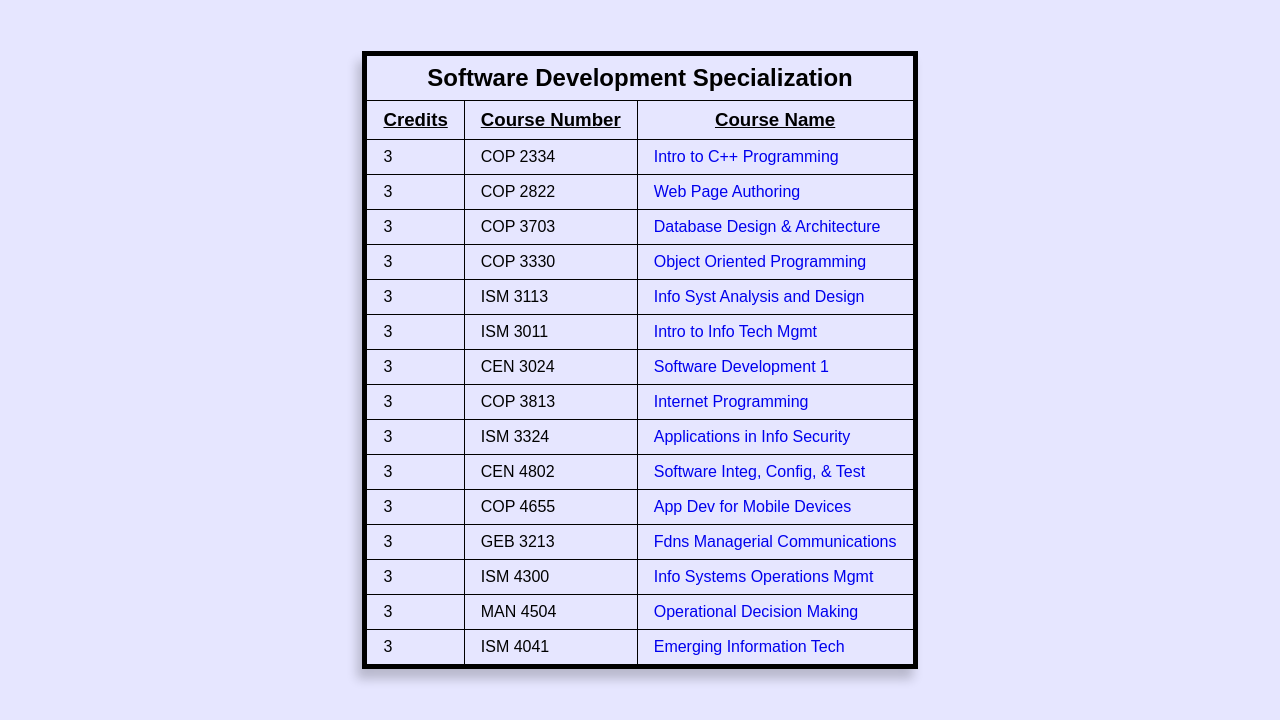
Repository: mlmEFSC21/P5-DegreeTableStyling
Page: FormattedProgramSpecialization3.html
An editor plug-in stored every save of this project. The page is shown before and after the next save, followed by the edit.
The browser window is 1280 px wide. The pictures show the whole page.
Some web fonts or font styles are not loaded; a fallback is used.

Above is the page before, as saved 2022-02-07 15:48:51.

### FormattedProgramSpecialization3.html
<!DOCTYPE html>
<html lang="en">
    <head>
        <meta charset="UTF-8" />
        <meta http-equiv="X-UA-Compatible" content="IE=edge" />
        <meta name="viewport" content="width=device-width, initial-scale=1.0" />
        <link rel="stylesheet" href="tableStyles.css" />
        <title>Degree Specialization Table</title>
    </head>
    <body>
        <table>
            <thead>
                <tr class="tableTitle">
                    <th colspan="3">Software Development Specialization</th>
                </tr>
                <tr class="colTitles">
                    <th>Credits</th>
                    <th>Course Number</th>
                    <th>Course Name</th>
                </tr>
            </thead>
            <tbody>
                <tr>
                    <td>3</td>
                    <td>COP 2334</td>
                    <td>
                        <a
                            href="https://bannerweb.easternflorida.edu/prod/bwckctlg.p_disp_course_detail?cat_term_in=202210&subj_code_in=COP&crse_numb_in=2334"
                            >Intro to C++ Programming</a
                        >
                    </td>
                </tr>
                <tr>
                    <td>3</td>
                    <td>COP 2822</td>
                    <td>
                        <a
                            href="https://bannerweb.easternflorida.edu/prod/bwckctlg.p_disp_course_detail?cat_term_in=202210&subj_code_in=COP&crse_numb_in=2822"
                            >Web Page Authoring</a
                        >
                    </td>
                </tr>
                <tr>
                    <td>3</td>
                    <td>COP 3703</td>
                    <td>
                        <a
                            href="https://bannerweb.easternflorida.edu/prod/bwckctlg.p_disp_course_detail?cat_term_in=202210&subj_code_in=COP&crse_numb_in=3703"
                            >Database Design & Architecture</a
                        >
                    </td>
                </tr>
                <tr>
                    <td>3</td>
                    <td>COP 3330</td>
                    <td>
                        <a
                            href="https://bannerweb.easternflorida.edu/prod/bwckctlg.p_disp_course_detail?cat_term_in=202210&subj_code_in=COP&crse_numb_in=3330"
                            >Object Oriented Programming</a
                        >
                    </td>
                </tr>
                <tr>
                    <td>3</td>
                    <td>ISM 3113</td>
                    <td>
                        <a
                            href="https://bannerweb.easternflorida.edu/prod/bwckctlg.p_disp_course_detail?cat_term_in=202210&subj_code_in=ISM&crse_numb_in=3113"
                            >Info Syst Analysis and Design</a
                        >
                    </td>
                </tr>
                <tr>
                    <td>3</td>
                    <td>ISM 3011</td>
                    <td>
                        <a
                            href="https://bannerweb.easternflorida.edu/prod/bwckctlg.p_disp_course_detail?cat_term_in=202210&subj_code_in=ISM&crse_numb_in=3011"
                            >Intro to Info Tech Mgmt</a
                        >
                    </td>
                </tr>
                <tr>
                    <td>3</td>
                    <td>CEN 3024</td>
                    <td>
                        <a
                            href="https://bannerweb.easternflorida.edu/prod/bwckctlg.p_disp_course_detail?cat_term_in=202210&subj_code_in=CEN&crse_numb_in=3024"
                            >Software Development 1</a
                        >
                    </td>
                </tr>
                <tr>
                    <td>3</td>
                    <td>COP 3813</td>
                    <td>
                        <a
                            href="https://bannerweb.easternflorida.edu/prod/bwckctlg.p_disp_course_detail?cat_term_in=202210&subj_code_in=COP&crse_numb_in=3813"
                            >Internet Programming</a
                        >
                    </td>
                </tr>
                <tr>
                    <td>3</td>
                    <td>ISM 3324</td>
                    <td>
                        <a
                            href="https://bannerweb.easternflorida.edu/prod/bwckctlg.p_disp_course_detail?cat_term_in=202210&subj_code_in=ISM&crse_numb_in=3324"
                            >Applications in Info Security</a
                        >
                    </td>
                </tr>
                <tr>
                    <td>3</td>
                    <td>CEN 4802</td>
                    <td>
                        <a
                            href="https://bannerweb.easternflorida.edu/prod/bwckctlg.p_disp_course_detail?cat_term_in=202210&subj_code_in=CEN&crse_numb_in=4802"
                            >Software Integ, Config, & Test</a
                        >
                    </td>
                </tr>
                <tr>
                    <td>3</td>
                    <td>COP 4655</td>
                    <td>
                        <a
                            href="https://bannerweb.easternflorida.edu/prod/bwckctlg.p_disp_course_detail?cat_term_in=202210&subj_code_in=COP&crse_numb_in=4655"
                            >App Dev for Mobile Devices</a
                        >
                    </td>
                </tr>
                <tr>
                    <td>3</td>
                    <td>GEB 3213</td>
                    <td>
                        <a
                            href="https://bannerweb.easternflorida.edu/prod/bwckctlg.p_disp_course_detail?cat_term_in=202210&subj_code_in=GEB&crse_numb_in=3213"
                            >Fdns Managerial Communications</a
                        >
                    </td>
                </tr>
                <tr>
                    <td>3</td>
                    <td>ISM 4300</td>
                    <td>
                        <a
                            href="https://bannerweb.easternflorida.edu/prod/bwckctlg.p_disp_course_detail?cat_term_in=202210&subj_code_in=ISM&crse_numb_in=4300"
                            >Info Systems Operations Mgmt</a
                        >
                    </td>
                </tr>
                <tr>
                    <td>3</td>
                    <td>MAN 4504</td>
                    <td>
                        <a
                            href="https://bannerweb.easternflorida.edu/prod/bwckctlg.p_disp_course_detail?cat_term_in=202210&subj_code_in=MAN&crse_numb_in=4504"
                            >Operational Decision Making</a
                        >
                    </td>
                </tr>
                <tr>
                    <td>3</td>
                    <td>ISM 4041</td>
                    <td>
                        <a
                            href="https://bannerweb.easternflorida.edu/prod/bwckctlg.p_disp_course_detail?cat_term_in=202210&subj_code_in=ISM&crse_numb_in=4041"
                            >Emerging Information Tech</a
                        >
                    </td>
                </tr>
            </tbody>
        </table>
    </body>
</html>

### tableStyles.css
@import url("https://fonts.googleapis.com/css2?family=Spectral:wght@400&display=swap");

:root {
    --clr-prime: #003c5e;
    --clr-second: #1a2028;
    --clr-accent: #8fb500;
    --clr-font-prime: #5b8ead;
    --clr-font-second: black;
    --clr-background: #e6e6ff;
}
*,
*::before,
*::after {
    margin: 0;
    padding: 0;
    box-sizing: border-box;
}
body {
    font-family: Spectral, sans-serif;
    height: 100vh;
    display: grid;
    align-items: center;
    justify-content: center;
    background-color: var(--clr-background);
}
table {
    border-collapse: collapse;
    box-shadow: -5px 10px 10px rgba(0, 0, 0, 0.2);
    border: 5px solid black;
    padding: 0.25rem;
}
thead {
    text-align: center;
}
.tableTitle {
    font-size: 18pt;
    font-weight: bold;
    text-align: center;
}
.colTitles {
    font-size: 14pt;
    text-decoration: underline;
}
th {
    border: 1px solid black;
    padding: 0.5rem 1rem;
}
td {
    border: 1px solid black;
    padding: 0.5rem 1rem;
    font-size: 12pt;
    text-align: left;
}
a {
    text-decoration: none;
}
a:hover {
    color: var(--clr-prime);
    text-decoration: underline;
}

After the next save:
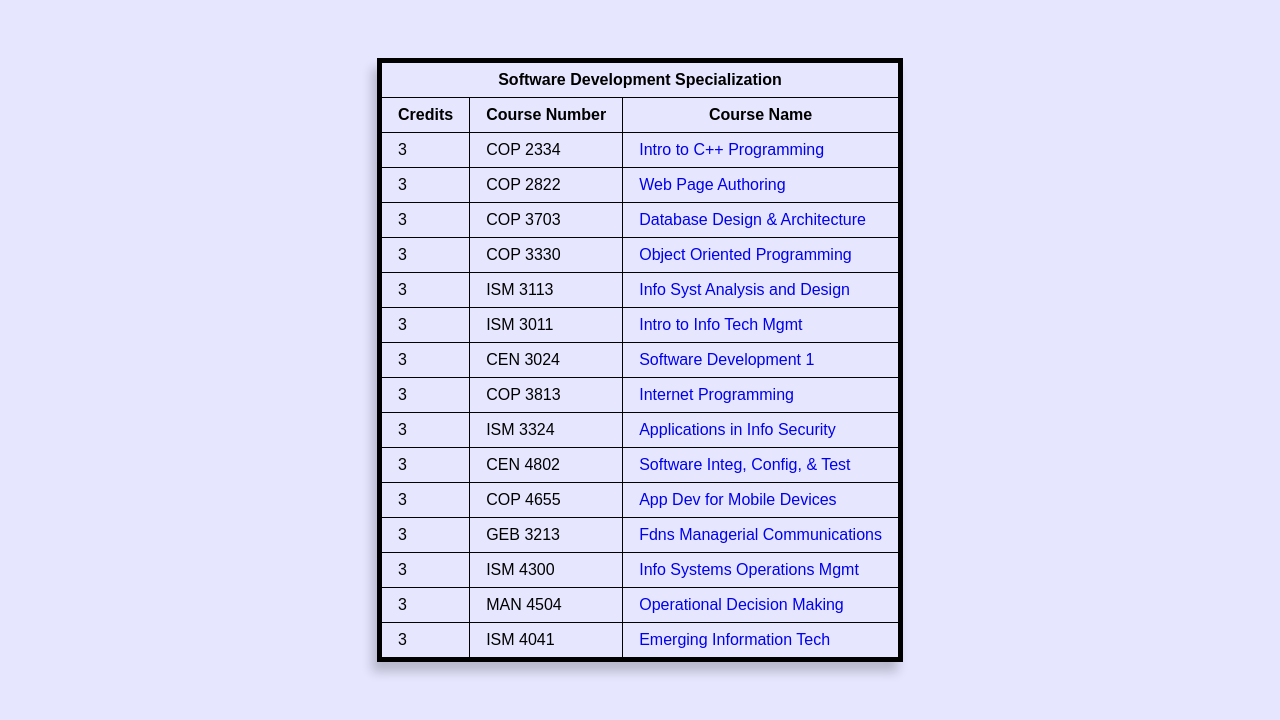
Saved 71 s later.
--- a/tableStyles.css
+++ b/tableStyles.css
@@ -32,12 +32,12 @@
 thead {
     text-align: center;
 }
-.tableTitle {
+tr .tableTitle {
     font-size: 18pt;
     font-weight: bold;
     text-align: center;
 }
-.colTitles {
+tr .colTitles {
     font-size: 14pt;
     text-decoration: underline;
 }

After the save that followed:
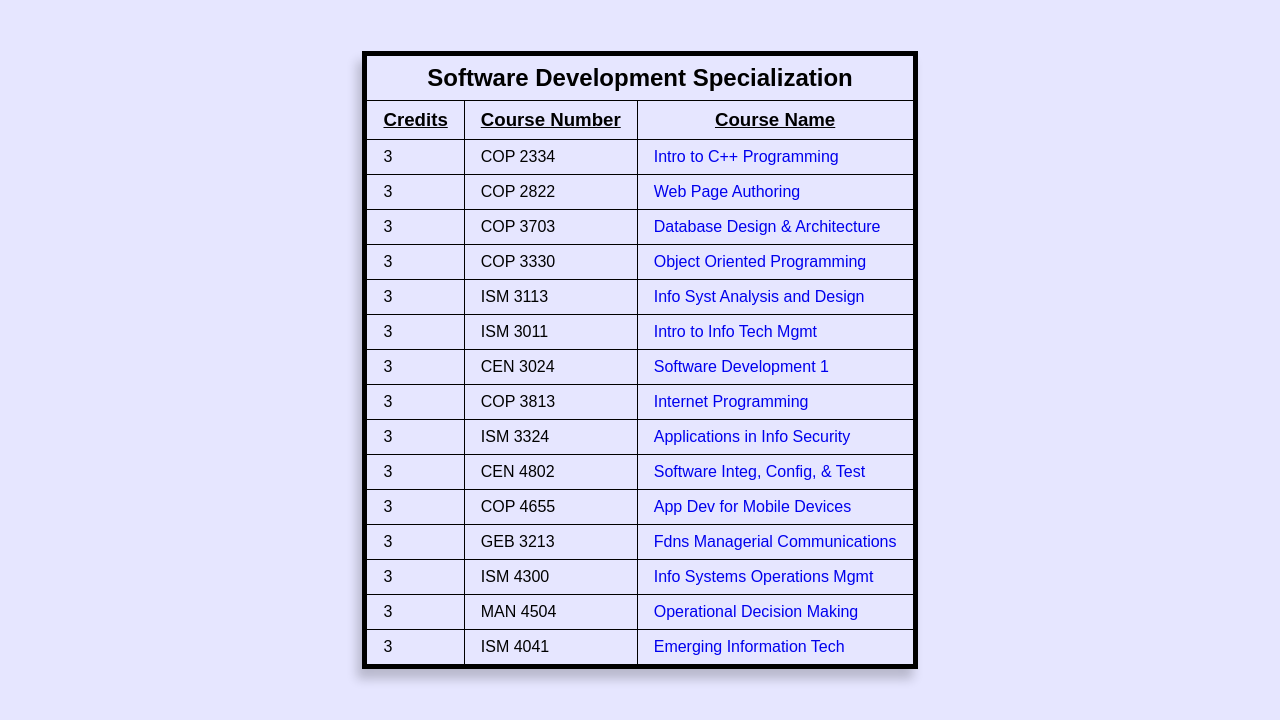
Saved 7 s later.
--- a/tableStyles.css
+++ b/tableStyles.css
@@ -32,12 +32,12 @@
 thead {
     text-align: center;
 }
-tr .tableTitle {
+.tableTitle {
     font-size: 18pt;
     font-weight: bold;
     text-align: center;
 }
-tr .colTitles {
+.colTitles {
     font-size: 14pt;
     text-decoration: underline;
 }
